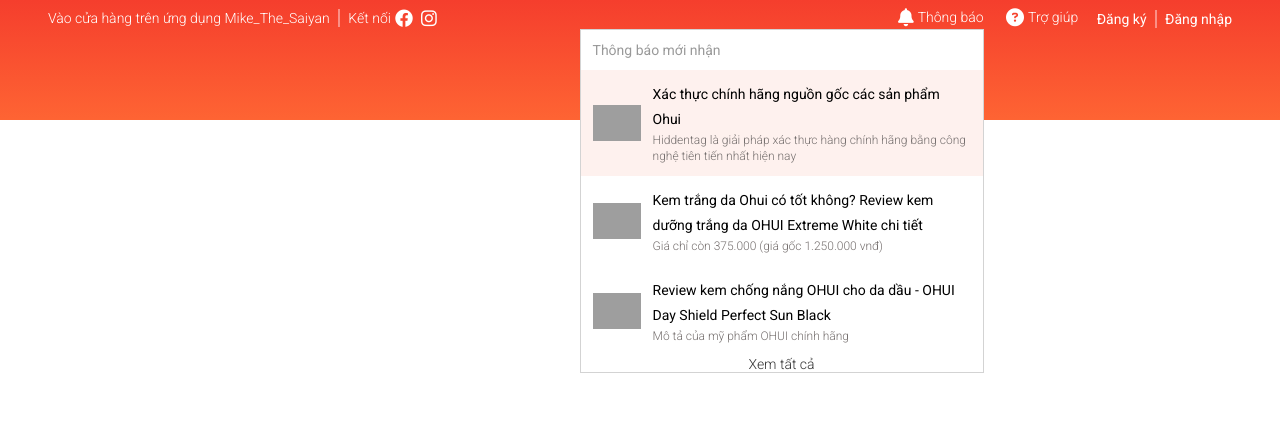
Repository: thefellowshiplotr/project_shopee
Page: index.html
An editor plug-in stored every save of this project. The page is shown before and after the next save, followed by the edit.
The browser window is 1280 px wide. The pictures show the whole page.
Pictures or frames that could not be fetched are drawn as grey boxes.

Above is the page before, as saved 2022-11-07 10:35:21.

After the next save:
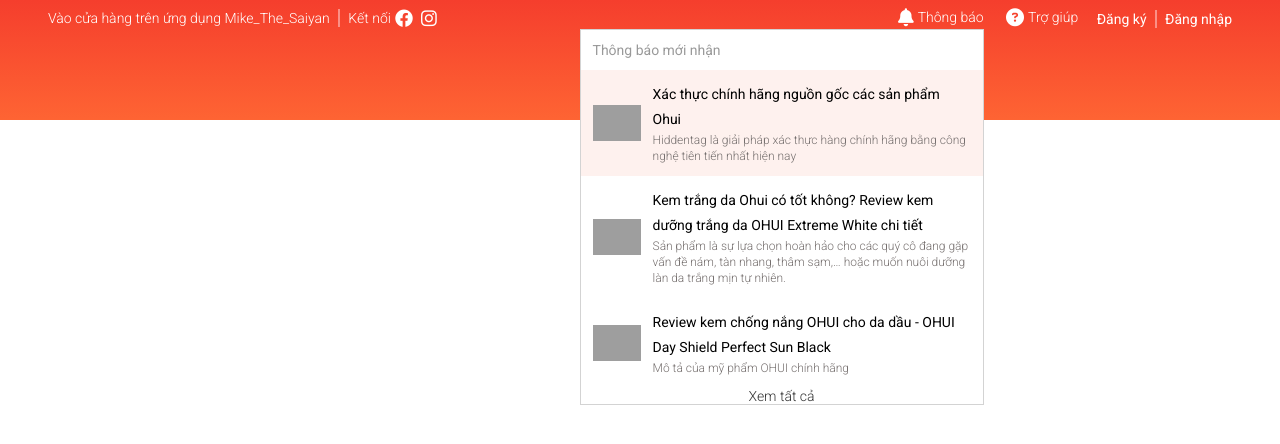
Saved 83 s later.
--- a/index.html
+++ b/index.html
@@ -121,7 +121,9 @@
                             trắng da OHUI Extreme White chi tiết</span
                           >
                           <span class="header__notify-description"
-                            >Giá chỉ còn 375.000 (giá gốc 1.250.000 vnđ)</span
+                            >Sản phẩm là sự lựa chọn hoàn hảo cho các quý cô
+                            đang gặp vấn đề nám, tàn nhang, thâm sạm,… hoặc muốn
+                            nuôi dưỡng làn da trắng mịn tự nhiên.</span
                           >
                         </div>
                       </a>
